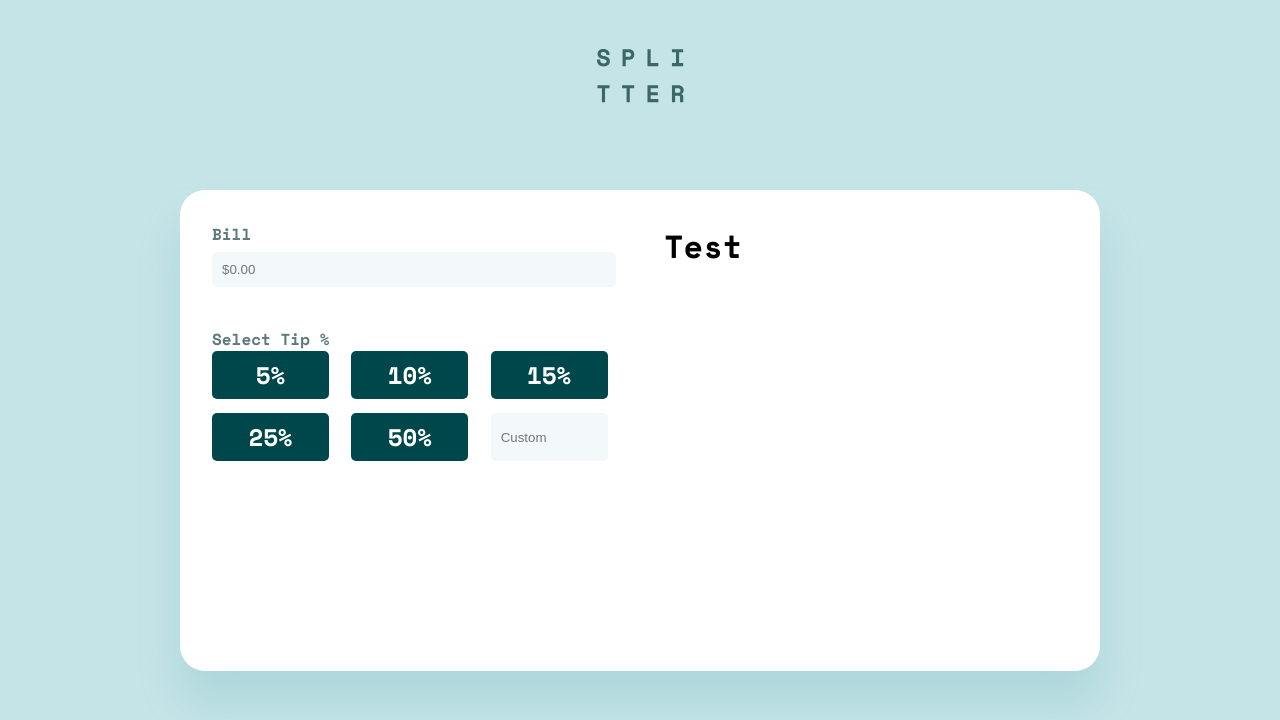
Repository: brandontaylor1/splitter
Page: index.html
The author's editor kept a copy of each file at every save. The page is drawn from the files as they stood at one save, then again after a run of saves.
The browser window is 1280 px wide. The pictures show the whole page.

Above is the page before, as saved 2025-02-06 16:47:16.

### index.html
<!DOCTYPE html>
<html lang="en">
<head>
    <meta charset="UTF-8">
    <meta name="viewport" content="width=device-width, initial-scale=1.0">
    <link rel="preconnect" href="https://fonts.googleapis.com">
    <link rel="preconnect" href="https://fonts.gstatic.com" crossorigin>
    <link href="https://fonts.googleapis.com/css2?family=Space+Mono:ital,wght@0,400;0,700;1,400;1,700&display=swap" rel="stylesheet">
    <link rel="stylesheet" href="styles.css">
    <title>Splitter | Tip Calculator</title>
</head>
<body>
    <img src="./assets/images/logo.svg" id="logo-image" alt="logo image">
    <main class="container">
        <div class="left-column">
            <div class="bill-input">
                <h2>Bill</h2>
                <input type="text" id="bill-input" placeholder="$0.00">
            </div>
            <div class="tip-input">
                <h2 id="select-tip-title">Select Tip %</h2>
                    <div class="tip-buttons">
                        <button class="tip-button">5%</button>
                        <button class="tip-button">10%</button>
                        <button class="tip-button">15%</button>
                        <button class="tip-button">25%</button>
                        <button class="tip-button">50%</button>
                        <input type="text" id="custom-tip" placeholder="Custom">
                    </div>
                </div>
            </div>
        <div class="right-column">
            <h1>Test</h1>
        </div>
    </main>
</body>
</html>

### styles.css
* {
    box-sizing: border-box;
    margin: 0;
    padding: 0;
}

:root {
    --background-color: #C5E4E7;
    --input-button-color: #00474B;
    --primary-white: #fff;
    --calculated-numbers-color: #26C2AE;
    --input-title-color: #5E7A7D;
    --input-background-color: #F3F9FA;
    --input-icon-color: #9EBBBD;
    --title-text-color: #3D6666;
    --custom-input-color: #547878;
}

/* UTILITY CLASSES */
.space-mono-regular {
    font-family: "Space Mono", serif;
    font-weight: 400;
    font-style: normal;
  }

  .space-mono-bold {
    font-family: "Space Mono", serif;
    font-weight: 700;
    font-style: normal;
  }

  .space-mono-regular-italic {
    font-family: "Space Mono", serif;
    font-weight: 400;
    font-style: italic;
  }

  .space-mono-bold-italic {
    font-family: "Space Mono", serif;
    font-weight: 700;
    font-style: italic;
  }


body {
    background-color: #C5E4E7;
    height: 100vh;
    width: 100%;
    display: flex;
    flex-direction: column;
    justify-content: center;
    align-items: center;
    font-family: "Space Mono", monospace;
}

#logo-image {
    margin-bottom: 87px;
}

.container {
    background-color: var(--primary-white);
    width: 920px;
    height: 481px;
    border-radius: 25px;
    box-shadow: 0px 32px 43px 0px rgba(79, 166, 175, 0.20);
    display: grid;
    gap: 48px;
    grid-template-columns: 1fr 1fr;
    padding: 32px;
}

.left-column {
    grid-column: 1 / 2;
    width: 100%;
    height: 100%;
}

.right-column {
    grid-column: 2 / 3;
    width: 100%;
    height: 100%;
    border-radius: 15px;
    background-color: var(--input-text-color);
}

input {
    width: 100%;
    padding: 10px;
    display: flex;
    flex-direction: row;
    justify-content: space-between;
    background-color: var(--input-background-color);
    border: none;
    border-radius: 5px;
    margin-bottom: 20px;
}


.bill-input h2 {
    font-size: 16px;
    color: var(--input-title-color);
    margin-bottom: 6px;
}

.tip-buttons {
    display: grid;
    grid-template-columns: repeat(3, 1fr);
    gap: 14px;
}

#select-tip-title {
    color: #5E7A7D;
    font-size: 16px;
    margin-top: 40px;
}

.tip-button {
    width: 117px;
    height: 48px;
    flex-shrink: 0;
    border: none;
    border-radius: 5px;
    background-color: #00474B;
    color: var(--primary-white);
    font-family: "Space Mono", monospace;
    font-size: 24px;
    font-weight: 600;

}

#custom-tip {
    width: 117px;
    height: 48px;
}


.right-column {
    background-color: ;
}

After the next 2 saves:
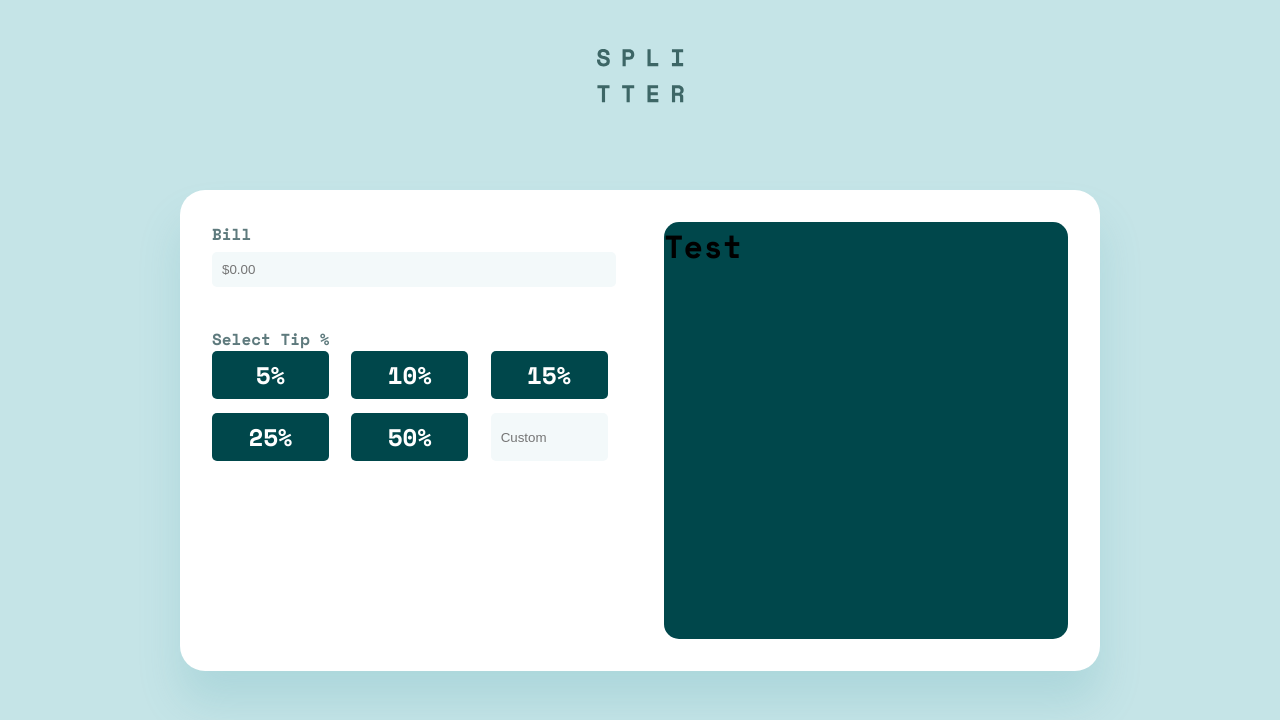
The 2 saves are shown as one change because they came seconds apart.
The last was saved 13 s later.
--- a/styles.css
+++ b/styles.css
@@ -135,5 +135,5 @@ input {
 
 
 .right-column {
-    background-color: ;
+    background-color: #00474B ;
 }
